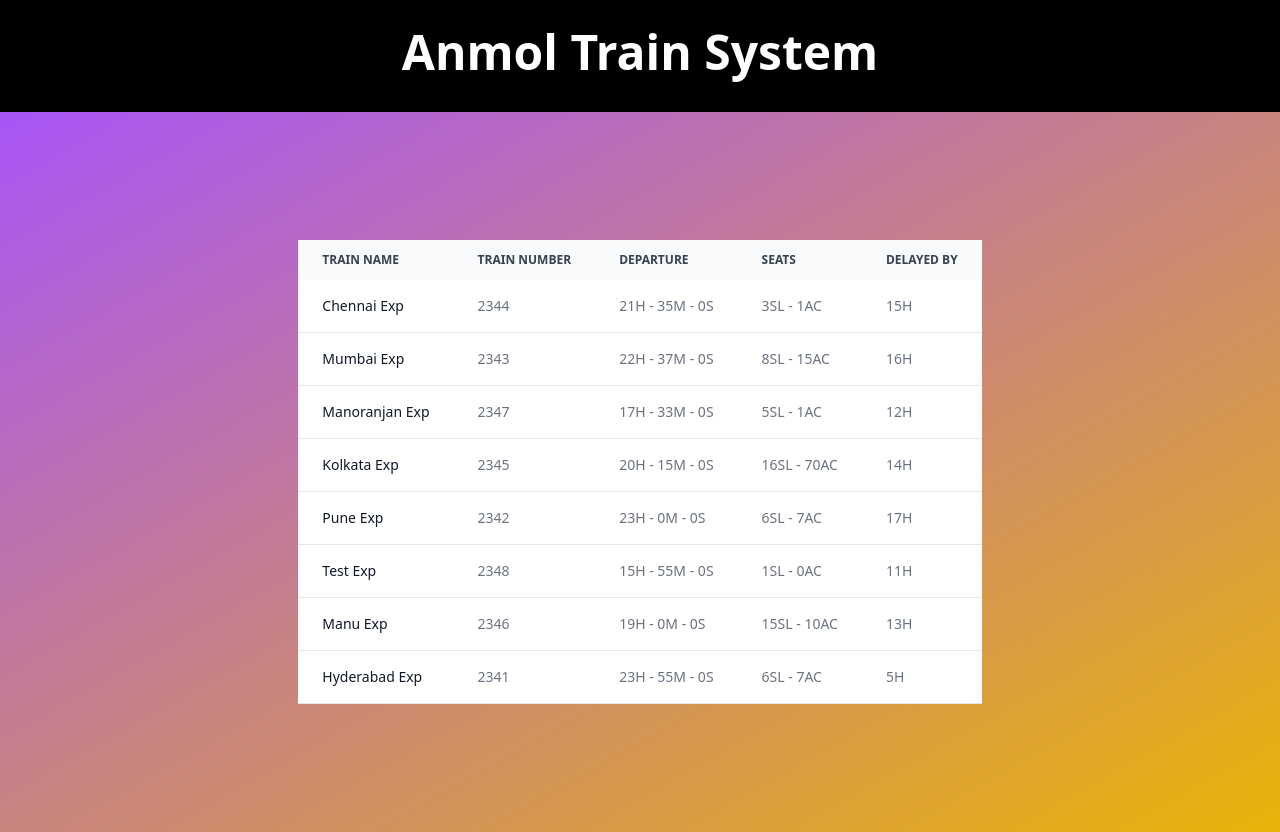
Repository: theanmol-raj/2010080029
Page: /
These files come from the project's save history. The page is drawn as it stood at one moment and after the next save; the edit follows.
The browser window is 1280 px wide. The pictures show the whole page.
The page's requests for data from a server got no answer. The project was rebuilt for these pictures with package versions that can differ from the ones it lists, and the page was loaded fresh each time. No one was signed in, and anything a server would have sent is missing. Also part of the build but not shown: src/components/IndividualTrainINfo.jsx.

Above is the page before, as saved 2023-04-29 21:19:55.

After the next save:
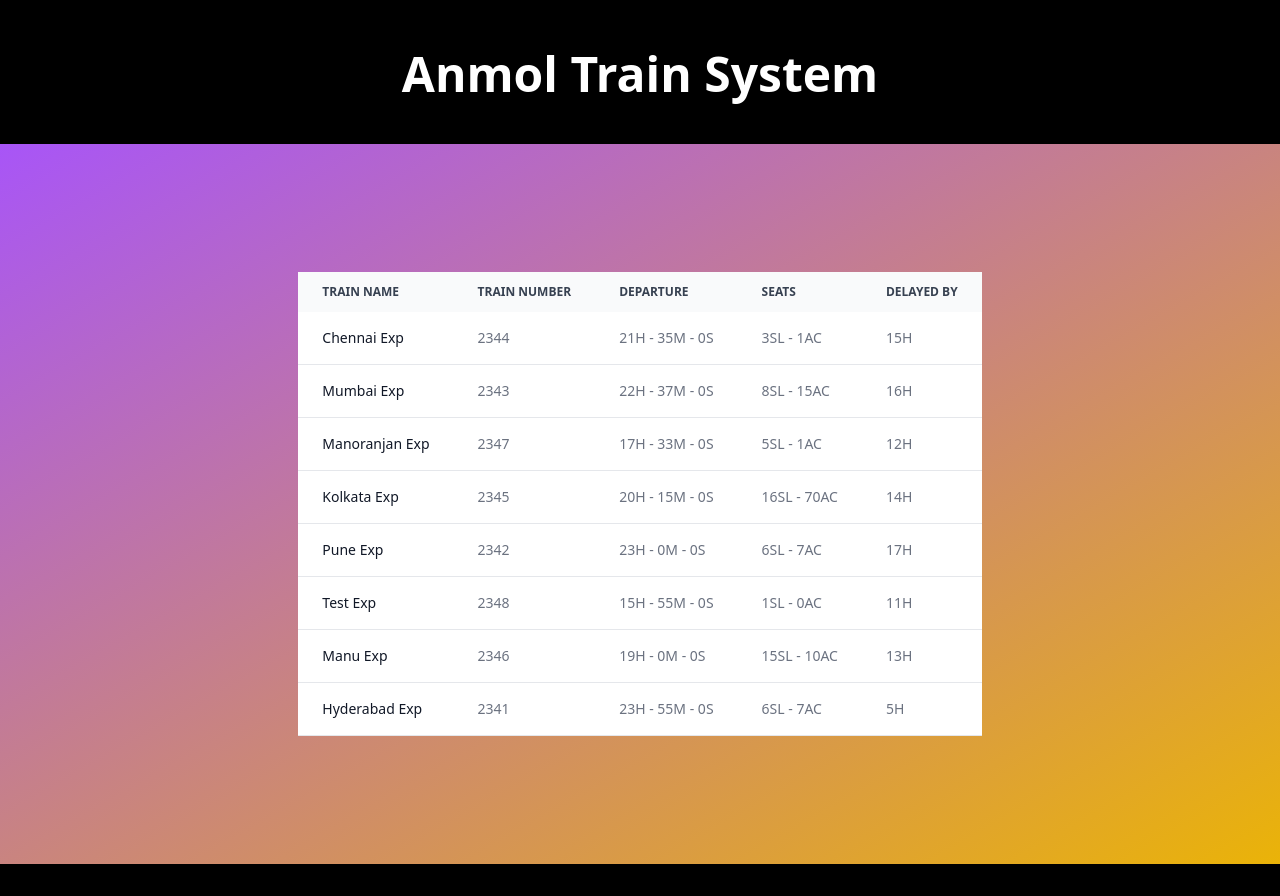
Saved 9 s later.
--- a/src/App.js
+++ b/src/App.js
@@ -90,7 +90,7 @@
 
 
   return (
-    <div className="bg-black">
+    <div className="bg-black py-8">
     <h1 className=" text-center text-5xl py-8 animate-bounce font-extrabold text-white">Anmol Train System</h1>
       <Routes>
         <Route path="/" element={<TrainINfo setter={setter} data={data} />} />
